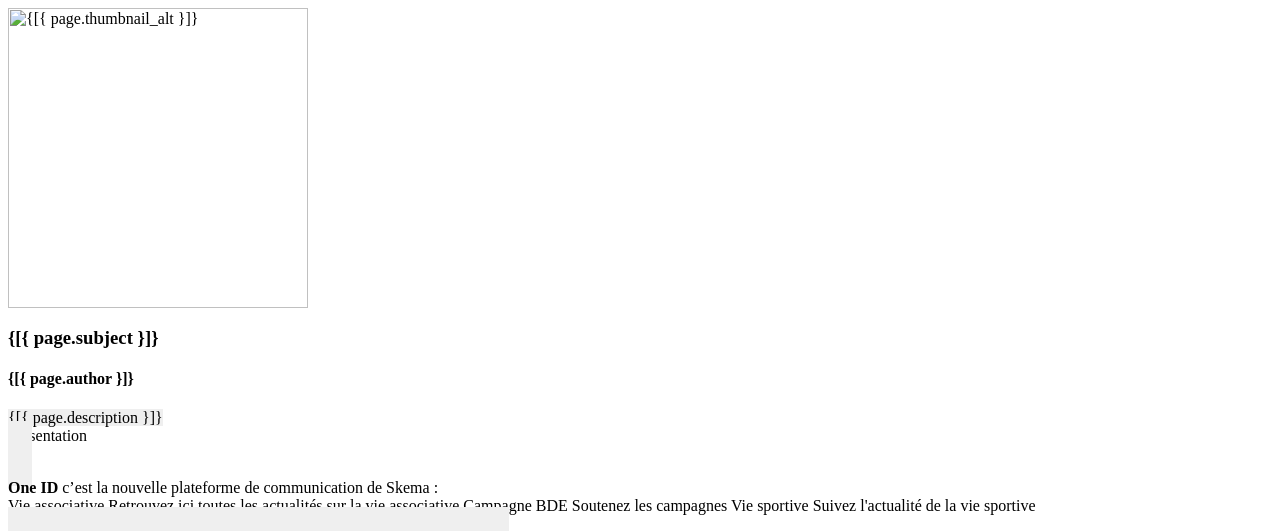
Repository: iGitScor/oneid
Page: web/app/views/full/home.html
The author's editor kept a record of every edit. The page is drawn from the files as they stood at one moment, then again after the next edit.
The browser window is 1280 px wide. The pictures show the part of the page from y = 0 to 531 px (the page is 1026 px tall before and 992 px after).
Pictures or frames that could not be fetched are drawn as grey boxes.

Above is the page before.

### web/app/views/full/home.html
<md-list class="row">
  <md-item ng-repeat="page in pages">
    <md-item-content class="col-md-4">
      <div class="md-tile-left">
          <img ng-src="{[{ page.thumbnail }]}" class="thumbnail" alt="{[{ page.thumbnail_alt }]}" height="300">
      </div>
      <md-card class="md-tile-content" style="background: #efefef">
        <md-card-content>
            <h3>{[{ page.subject }]}</h3>
            <h4>{[{ page.author }]}</h4>
            {[{ page.description }]}
        </md-card-content>
      </md-card>
    </md-item-content>
  </md-item>
</md-list>

<md-whiteframe class="md-whiteframe-z1">
    <md-toolbar class="md-warn">
        <div class="md-toolbar-tools">
          <span class="md-flex">Présentation</span>
        </div>
    </md-toolbar>
    <md-content class="md-padding" style="padding: 24px; background: #efefef">
        <p>
          <span>
            <strong>One ID</strong> c’est la nouvelle plateforme de communication de Skema :<br />
            <md-list layout flex>
              <md-item>
                <md-item-content>
                  <md-card>
                    <md-button class="md-warn md-raised md-hue-2">Vie associative</md-button>
                    <md-card-content>Retrouvez ici toutes les actualités sur la vie associative</md-card-content>
                  </md-card>
                </md-item-content>
              </md-item>
              <md-item>
                <md-item-content>
                  <md-card>
                    <md-button class="md-warn md-hue-2" ng-href="http://google.fr">Campagne BDE</md-button>
                    <md-card-content>Soutenez les campagnes</md-card-content>
                  </md-card>
                </md-item-content>
              </md-item>
              <md-item>
                <md-item-content>
                  <md-card>
                    <md-button class="md-warn md-hue-2">Vie sportive</md-button>
                    <md-card-content>Suivez l'actualité de la vie sportive</md-card-content>
                  </md-card>
                </md-item-content>
              </md-item>
              <md-item>
                <div class="clear"></div>
              </md-item>
              <md-item>
                <md-item-content>
                  <md-card>
                    <md-button class="md-warn md-hue-2">Musique</md-button>
                    <md-card-content>Retrouvez ici toute la musique</md-card-content>
                  </md-card>
                </md-item-content>
              </md-item>
              <md-item>
                <md-item-content>
                 <md-card>
                   <md-button class="md-warn md-hue-2">Potins</md-button>
                   <md-card-content>Place aux potins du campus ici</md-card-content>
                  </md-card>
                </md-item-content>
              </md-item>
            </md-list>
          </span>
        </p>
        <center>
            <iframe
                width="420"
                height="315"
                src="https://www.youtube.com/embed/uEN6MDNu3h8"
                frameborder="0" allowfullscreen>
            </iframe>
        </center>
    </md-content>
</md-whiteframe>

<div class="component">
	<!-- Start Nav Structure -->
	<button class="md-fab md-primary cn-button" id="cn-button" aria-label="Menu">
        <span class='fa fa-bars'></span>
    </button>
	<div class="cn-wrapper" id="cn-wrapper">
	    <ul>
	      <li><a href="#"><span class="fa fa-photo"></span></a></li>
	      <li><a href="#"><span class="fa fa-headphones"></span></a></li>
	      <li><a href="#"><span class="fa fa-home"></span></a></li>
	      <li><a href="#"><span class="fa fa-microphone"></span></a></li>
	      <li><a href="#"><span class="fa fa-at"></span></a></li>
	     </ul>
	</div>
	<div id="cn-overlay" class="cn-overlay"></div>
	<!-- End Nav Structure -->
</div>

<script src="/js/polyfills.js"></script>
<script src="/js/demo1.js"></script>

### web/js/polyfills.js
/*!
 * classie - class helper functions
 * from bonzo https://github.com/ded/bonzo
 *
 * classie.has( elem, 'my-class' ) -> true/false
 * classie.add( elem, 'my-new-class' )
 * classie.remove( elem, 'my-unwanted-class' )
 * classie.toggle( elem, 'my-class' )
 */

/*jshint browser: true, strict: true, undef: true */
/*global define: false */

( function( window ) {

'use strict';

// class helper functions from bonzo https://github.com/ded/bonzo

function classReg( className ) {
  return new RegExp("(^|\\s+)" + className + "(\\s+|$)");
}

// classList support for class management
// altho to be fair, the api sucks because it won't accept multiple classes at once
var hasClass, addClass, removeClass;

if ( 'classList' in document.documentElement ) {
  hasClass = function( elem, c ) {
    return elem.classList.contains( c );
  };
  addClass = function( elem, c ) {
    elem.classList.add( c );
  };
  removeClass = function( elem, c ) {
    elem.classList.remove( c );
  };
}
else {
  hasClass = function( elem, c ) {
    return classReg( c ).test( elem.className );
  };
  addClass = function( elem, c ) {
    if ( !hasClass( elem, c ) ) {
      elem.className = elem.className + ' ' + c;
    }
  };
  removeClass = function( elem, c ) {
    elem.className = elem.className.replace( classReg( c ), ' ' );
  };
}

function toggleClass( elem, c ) {
  var fn = hasClass( elem, c ) ? removeClass : addClass;
  fn( elem, c );
}

var classie = {
  // full names
  hasClass: hasClass,
  addClass: addClass,
  removeClass: removeClass,
  toggleClass: toggleClass,
  // short names
  has: hasClass,
  add: addClass,
  remove: removeClass,
  toggle: toggleClass
};

// transport
if ( typeof define === 'function' && define.amd ) {
  // AMD
  define( classie );
} else {
  // browser global
  window.classie = classie;
}

})( window );
// EventListener | @jon_neal | //github.com/jonathantneal/EventListener
!window.addEventListener && window.Element && (function () {
    function addToPrototype(name, method) {
        Window.prototype[name] = HTMLDocument.prototype[name] = Element.prototype[name] = method;
    }

    var registry = [];

    addToPrototype("addEventListener", function (type, listener) {
        var target = this;

        registry.unshift({
            __listener: function (event) {
                event.currentTarget = target;
                event.pageX = event.clientX + document.documentElement.scrollLeft;
                event.pageY = event.clientY + document.documentElement.scrollTop;
                event.preventDefault = function () { event.returnValue = false };
                event.relatedTarget = event.fromElement || null;
                event.stopPropagation = function () { event.cancelBubble = true };
                event.relatedTarget = event.fromElement || null;
                event.target = event.srcElement || target;
                event.timeStamp = +new Date;

                listener.call(target, event);
            },
            listener: listener,
            target: target,
            type: type
        });

        this.attachEvent("on" + type, registry[0].__listener);
    });

    addToPrototype("removeEventListener", function (type, listener) {
        for (var index = 0, length = registry.length; index < length; ++index) {
            if (registry[index].target == this && registry[index].type == type && registry[index].listener == listener) {
                return this.detachEvent("on" + type, registry.splice(index, 1)[0].__listener);
            }
        }
    });

    addToPrototype("dispatchEvent", function (eventObject) {
        try {
            return this.fireEvent("on" + eventObject.type, eventObject);
        } catch (error) {
            for (var index = 0, length = registry.length; index < length; ++index) {
                if (registry[index].target == this && registry[index].type == eventObject.type) {
                    registry[index].call(this, eventObject);
                }
            }
        }
    });
})();

### web/js/demo1.js
(function(){

	var button = document.getElementById('cn-button'),
    wrapper = document.getElementById('cn-wrapper'),
    overlay = document.getElementById('cn-overlay');

	//open and close menu when the button is clicked
	var open = false;
	button.addEventListener('click', handler, false);
	wrapper.addEventListener('click', cnhandle, false);

	function cnhandle(e){
		e.stopPropagation();
	}

	function handler(e){
		if (!e) var e = window.event;
	 	e.stopPropagation();//so that it doesn't trigger click event on document

	  	if(!open){
	    	openNav();
	  	}
	 	else{
	    	closeNav();
	  	}
	}
	function openNav(){
		open = true;
	    button.innerHTML = "-";
	    classie.add(overlay, 'on-overlay');
	    classie.add(wrapper, 'opened-nav');
	}
	function closeNav(){
		open = false;
		button.innerHTML = "<span class='fa fa-bars'></span>";
		classie.remove(overlay, 'on-overlay');
		classie.remove(wrapper, 'opened-nav');
	}
	document.addEventListener('click', closeNav);

})();

After the next edit:
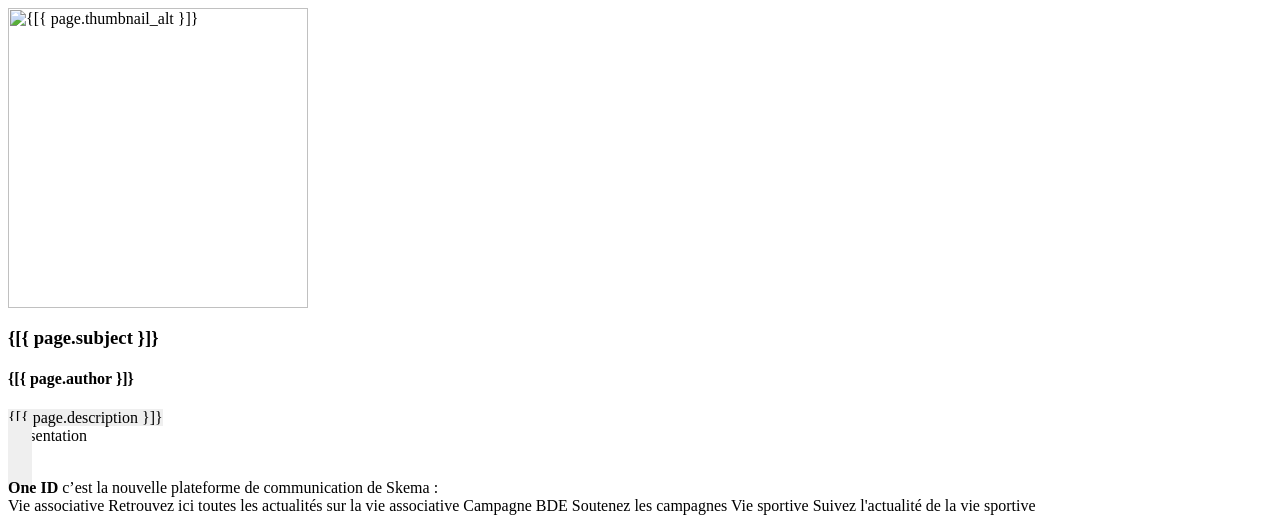
The edit:
--- a/web/app/views/full/home.html
+++ b/web/app/views/full/home.html
@@ -50,25 +50,6 @@
                   </md-card>
                 </md-item-content>
               </md-item>
-              <md-item>
-                <div class="clear"></div>
-              </md-item>
-              <md-item>
-                <md-item-content>
-                  <md-card>
-                    <md-button class="md-warn md-hue-2">Musique</md-button>
-                    <md-card-content>Retrouvez ici toute la musique</md-card-content>
-                  </md-card>
-                </md-item-content>
-              </md-item>
-              <md-item>
-                <md-item-content>
-                 <md-card>
-                   <md-button class="md-warn md-hue-2">Potins</md-button>
-                   <md-card-content>Place aux potins du campus ici</md-card-content>
-                  </md-card>
-                </md-item-content>
-              </md-item>
             </md-list>
           </span>
         </p>
